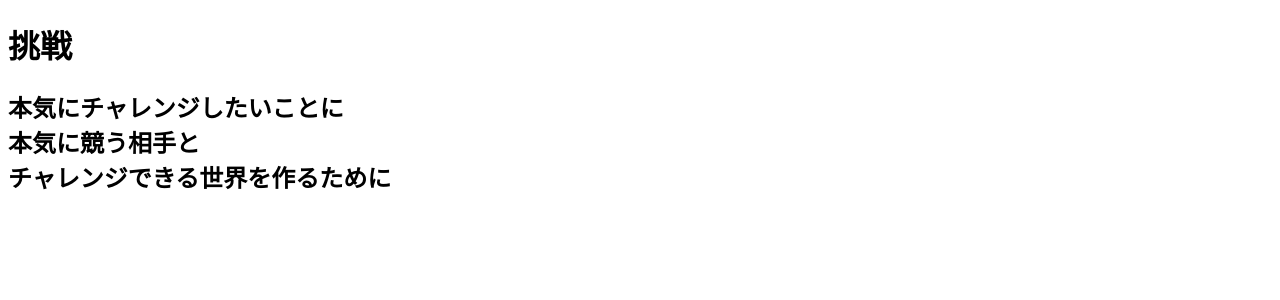
Repository: 9136424556/todo01
Page: coachtech/html-css/indexNO.2 .html
An editor plug-in stored every save of this project. The page is shown before and after the next save, followed by the edit.
The browser window is 1280 px wide. The pictures show the whole page.

Above is the page before, as saved 2023-11-19 12:52:01.

After the next save:
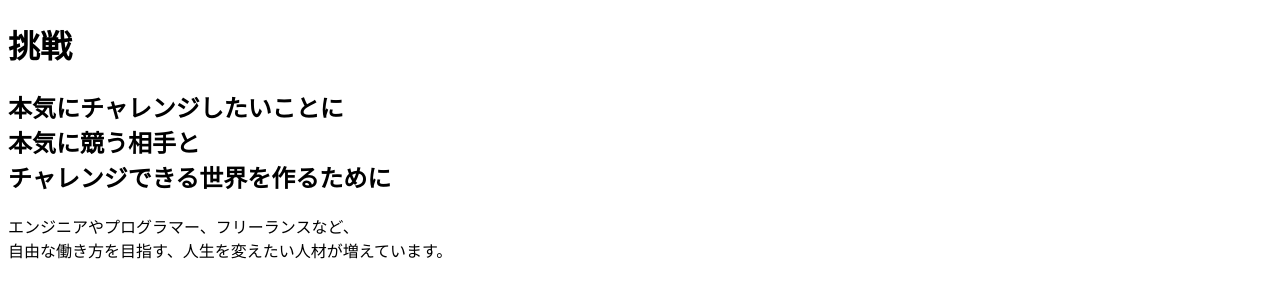
Saved 4 min 4 s later.
--- a/coachtech/html-css/indexNO.2 .html
+++ b/coachtech/html-css/indexNO.2 .html
@@ -12,6 +12,9 @@
         本気にチャレンジしたいことに<br />本気に競う相手と<br />チャレンジできる世界を作るために
     </h2>
 
+    <p>
+        エンジニアやプログラマー、フリーランスなど、<br />自由な働き方を目指す、人生を変えたい人材が増えています。
+    </p>
 
  </body>
 </html>
